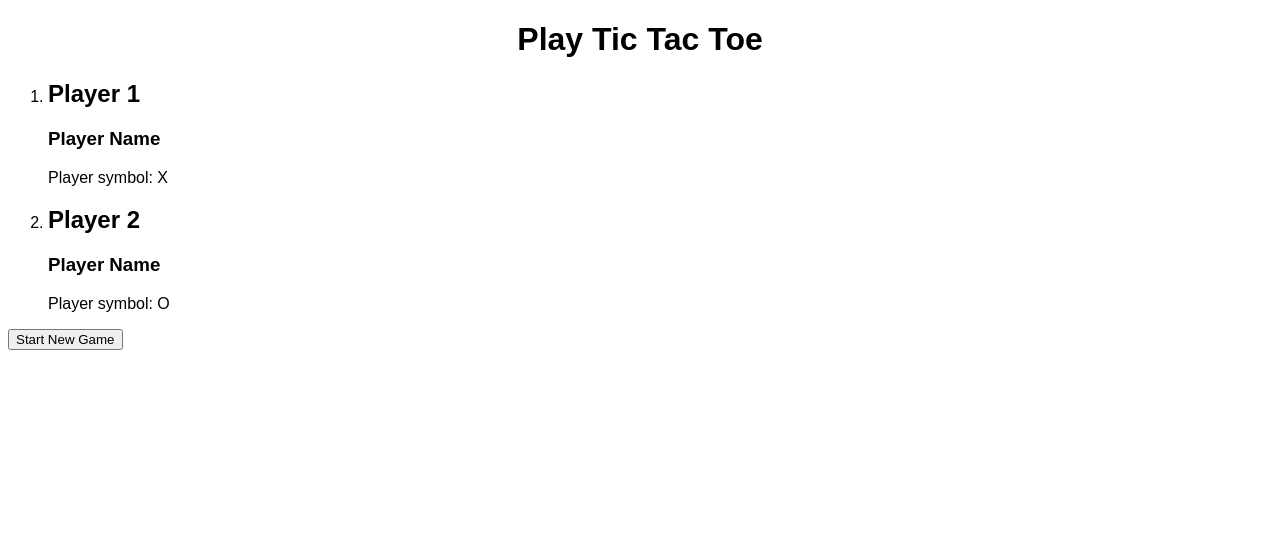
Repository: Harjot00/Wevdev
Page: Tic tac toe/index.html
The author's editor kept a copy of each file at every save. The page is drawn from the files as they stood at one save, then again after the next save.
The browser window is 1280 px wide. The pictures show the whole page.
Some web fonts or font styles are not loaded; a fallback is used.

Above is the page before, as saved 2022-05-16 23:49:58.

After the next save:
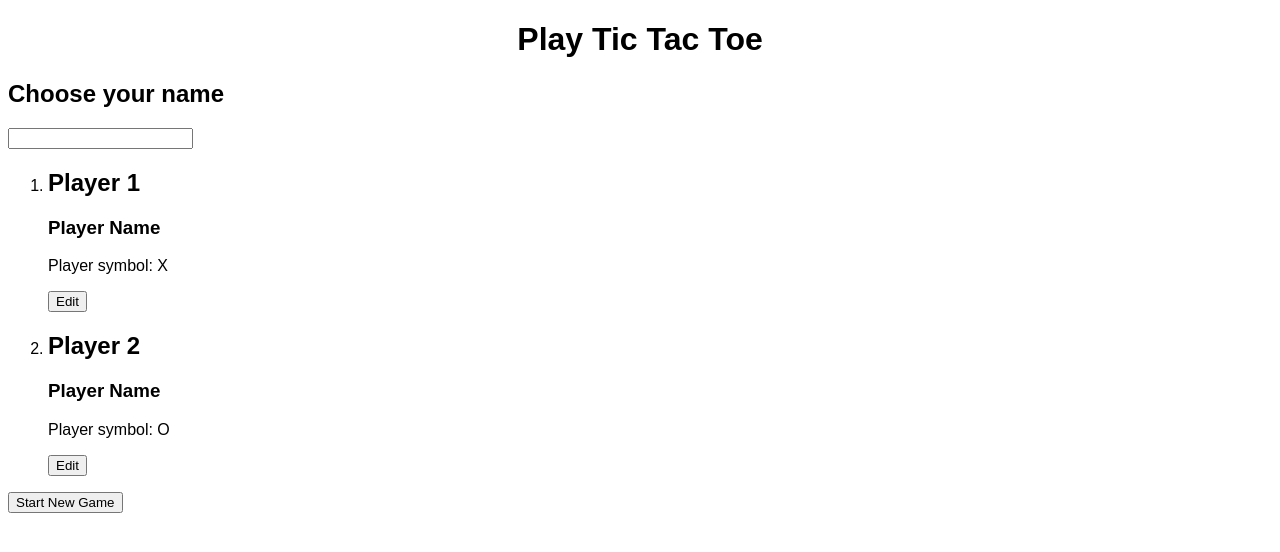
Saved 4 min 36 s later.
--- a/Tic tac toe/index.html
+++ b/Tic tac toe/index.html
@@ -15,17 +15,29 @@
 
     </header>
     <main>
+        <aside>
+            <h2>Choose your name</h2>
+            <form >
+                <div>
+                    <label>
+                    <input type="text" name="username" id="username">
+                    </label>
+                </div>
+            </form>
+        </aside>
         <div id="gamestyle">
             <ol>
                 <li>
                     <h2>Player 1</h2>
                     <h3>Player Name</h3>
                     <p>Player symbol: X</p>
+                    <button>Edit</button>
                 </li>
                 <li>
                     <h2>Player 2</h2>
                     <h3>Player Name</h3>
                     <p>Player symbol: O</p>
+                    <button>Edit</button>
                 </li>
             </ol>
             <button>Start New Game</button>
